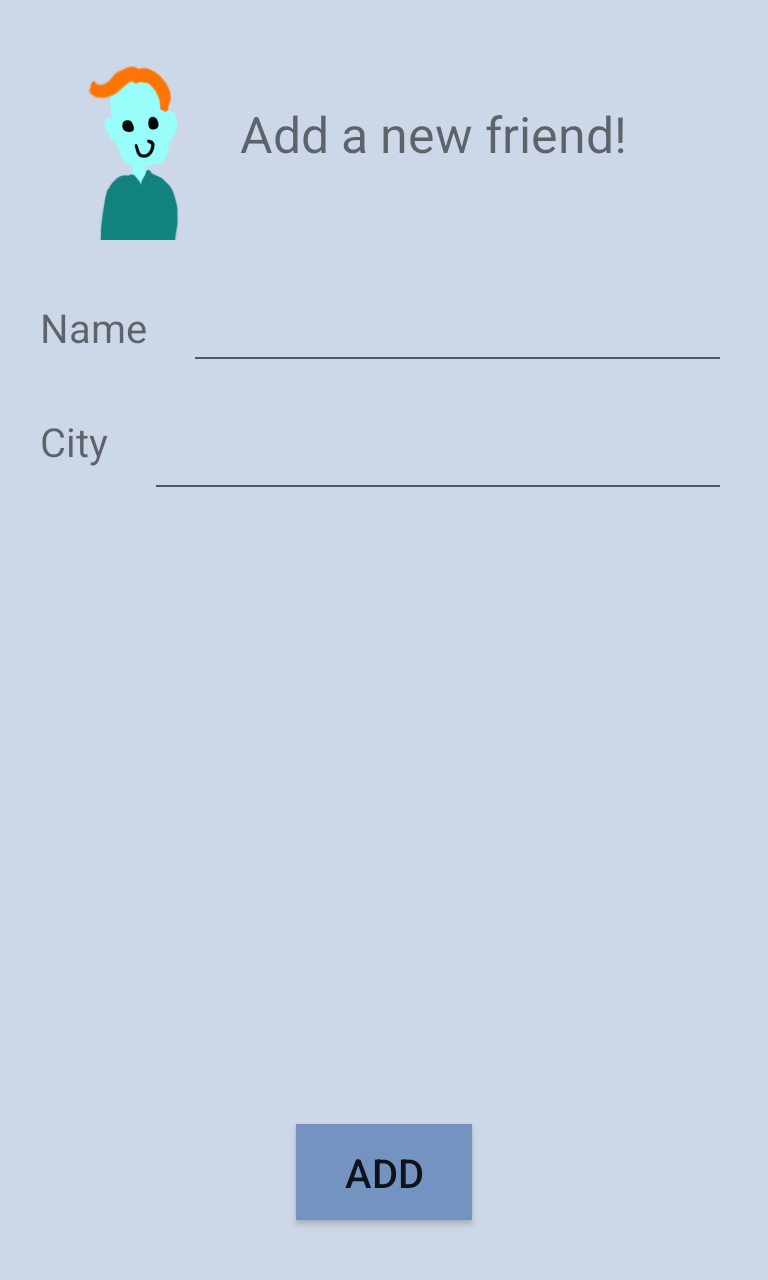
Repository: hinasakazaki/WeatherWithFriends
Layout: WeatherWithFriends/res/layout/add_fragment.xml
These files come from the project's save history. The layout is drawn as it stood at one moment and after the next save; the edit follows.
It is drawn on a 768 x 1280 px phone screen (xhdpi) without system bars, with theme AppTheme; the app's code is not run.

Above is the layout before, as saved 2014-06-09 22:57:51.

After the next save:
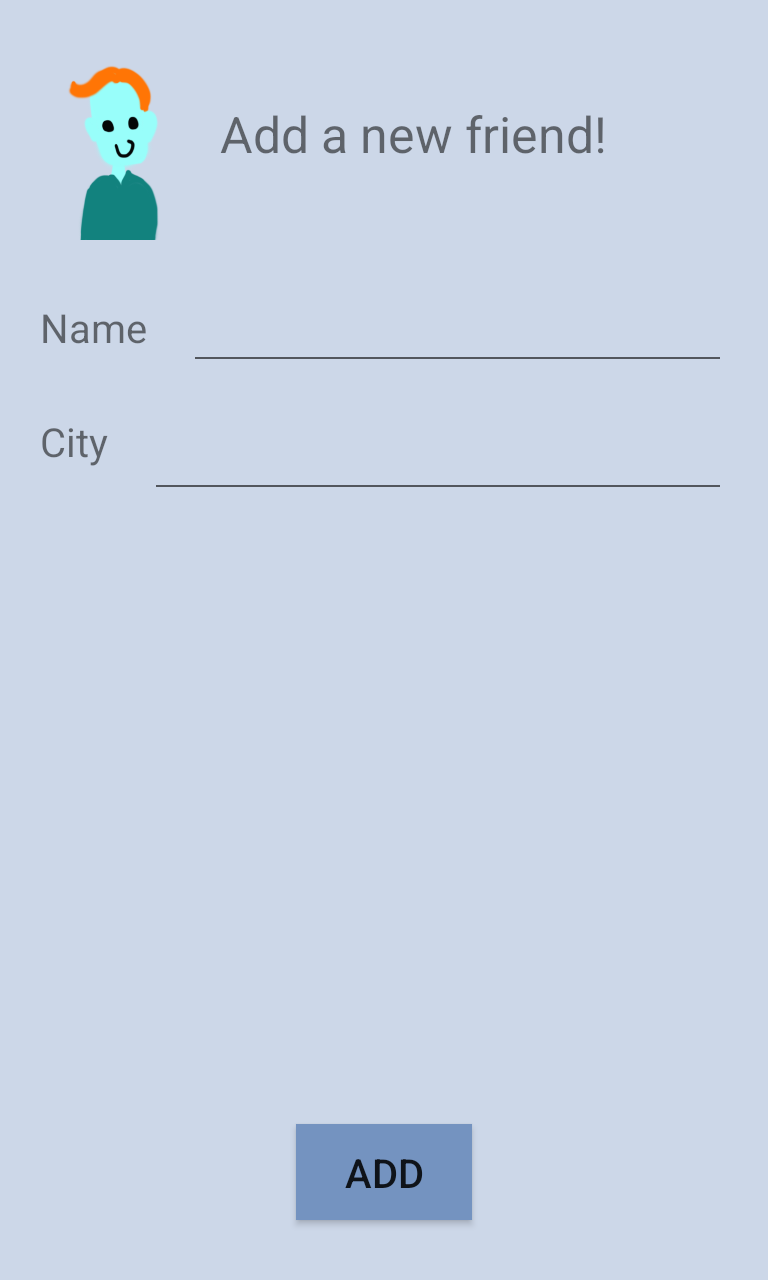
Saved 4 min 56 s later.
--- a/WeatherWithFriends/res/layout/add_fragment.xml
+++ b/WeatherWithFriends/res/layout/add_fragment.xml
@@ -11,7 +11,7 @@
         android:layout_height="100dp"
         android:layout_alignParentTop="true"
         android:layout_marginTop="20dp"
-        android:layout_marginLeft="20dp"
+        android:layout_marginLeft="10dp"
         android:src="@drawable/mike"
         />
 	   <TextView
